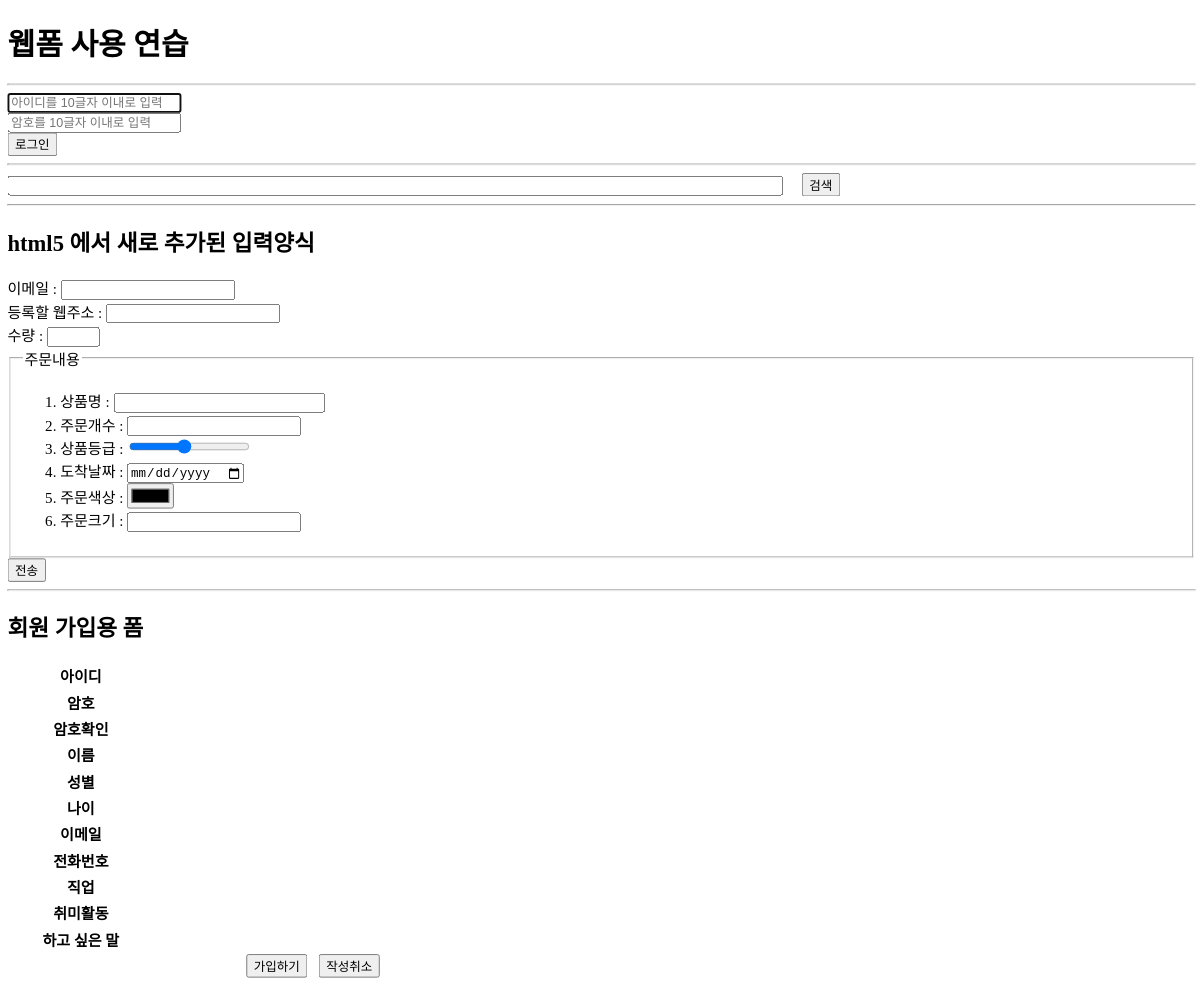
Repository: bianchi112/ict-data
Page: web_workspace/testHTMLProject2/src/main/webapp/views/test/testForm.html
These files come from the project's save history. The page is drawn as it stood at one moment and after the next save; the edit follows.
The browser window is 1280 px wide. The pictures show the whole page, at 94% of full size.

Above is the page before, as saved 2024-08-16 02:47:52.

### web_workspace/testHTMLProject2/src/main/webapp/views/test/testForm.html
<!DOCTYPE html>
<html>
<head>
<meta charset="UTF-8">
<title>testForm</title>
</head>
<body>
<header>
	<h1>웹폼 사용 연습</h1>
</header>
<hr>
<div id="login_div">
<!-- 서버로 입력값을 전송하기 위해서 사용하는 태그 : form 태그
	 값을 입력받기 위한 input(입력양식) 태그들은 반드시 form 태그안에 작성해야 함
	 속성 :
	 action="서버측의 값받을 클래스명 또는 클래스의  매핑이름"
	 method="값전송방식", GET | POST
	 	- GET : 입력값들이 전송시에 브라우저 상단 URL에 보여짐
	 		request(요청) 객체의 head 영역에 기록이 되기 때문임
	 	- POST : URL 상에 안 보여짐
	 		request 객체의 body 영역에 전송값들이 인코딩되어서 기록되기 때문임
 -->
<form action="result.html" method="get"> <!-- method 속성 생략시 기본 전송방식 get 이 사용됨 -->
<table width="250" cellspacing="0" cellpadding="0">
	<tr><td>
		<input type="text" name="userid" size="20" maxlength="10"
			placeholder="아이디를 10글자 이내로 입력" autofocus autocomplet required>
	</td></tr>
	<tr><td><input type="password" name="userpwd" size="20" maxlength="10"
		placeholder="암호를 10글자 이내로 입력" required></td></tr>
	<tr><td><input type="submit" value="로그인"></td></tr>
	<!-- form 태그 안에 submit(전송버튼)은 1개만 존재해야 함, 전송을 위해 반드시 필요함 -->
</table>
</form>
</div>
<hr>
<div id="search_div">
<form action="result.html method="get">
	<input type="search" name="keyword" size="100"> &nbsp; &nbsp; <input type="submit" value="검색">
</form>
</div>
<hr>
<div>
	<h2>html5 에서 새로 추가된 입력양식</h2>
	<form action="result.html" method ="post">
		이메일 : <input type="email" name="email"> <br>
		등록할 웹주소 : <input type="url" name="weburl"> <br>
		수량 : <input type="number" name="quantity" min="2" max="30" step="2"><br>
		<fieldset>
		<legend>주문내용</legend>
		<ol>
			<li>
				<label>상품명 :
					<input type="text" size="25" name="pname">
				</label>
			</li>
			<li>
				<label for="pamount">주문개수 : </label> <!-- for = "input의 id명", 라벨과 입력방식을 묶어줌 -->
				<input type="number" name="pamount" id="pamount">
			</li>
			<li>
				<label for="pgrade">상품등급 : </label>
				<input type="range" name="pgrade" min="1" max="10" step="2" id="pgrade">
			</li>
			<li>
				<label for="arrve_date">도착날짜 : </label>
				<input type="date" name="arrive_date">
				<!-- 날짜 지정 : 직접 입력 또는 달력에서 선택 -->
			</li>
			<li>
				<label for="pcolor">주문색상 : </label>
				<input type="color" name="pcolor" id="pcolor">
				<!-- 색상표 제공, 색 선택시 사용 -->
			</li>
			<li>
				<label for="psize">주문크기 : </label>
				<input type="text" id="psize" name="psize" list="mysize"> <!-- input 태그에  type 속성이 생략되면 기본이 type="text" 임 -->
				<!-- 텍스트필드에 리스트 선택 기능을 추가 연결할 수 있음, list="datalist의 id명" -->
				<datalist id="mysize">
					<option value="S" label="Small">
					<option value="M" label="Medium">
					<option value="L" label="Large">
				</datalist>
			</li>
		</ol>
		</fieldset>
		<input type="submit" value="전송">
	</form>
</div>
<hr>
<div id="enroll_div">
<h2>회원 가입용 폼</h2>
<form action="result.html" method="get">
<table width="650">
<tr><th width="150">아이디</th><td></td></tr>
<tr><th>암호</th><td></td></tr>
<tr><th>암호확인</th><td></td></tr>
<tr><th>이름</th><td></td></tr>
<tr><th>성별</th><td></td></tr>
<tr><th>나이</th><td></td></tr>
<tr><th>이메일</th><td></td></tr>
<tr><th>전화번호</th><td></td></tr>
<tr><th>직업</th><td></td></tr>
<tr><th>취미활동</th><td></td></tr>
<tr><th>하고 싶은 말</th><td></td></tr>
<tr><th colspan="2">
	<input type="submit" value="가입하기"> &nbsp;
	<input type="reset" value="작성취소">
</th></tr>
</table>
</form>
</div>














</body>
</html>

After the next save:
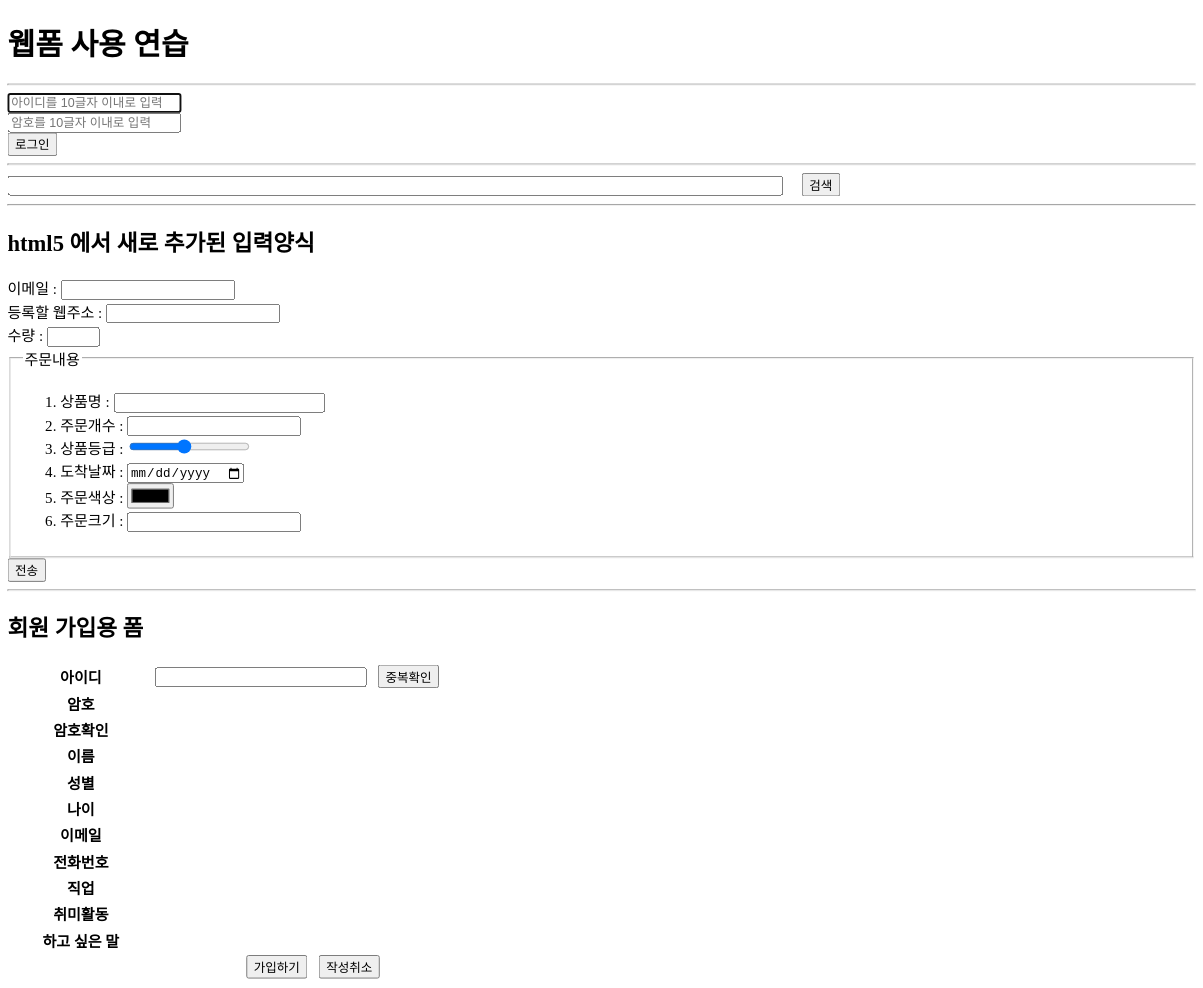
Saved 114 s later.
--- a/web_workspace/testHTMLProject2/src/main/webapp/views/test/testForm.html
+++ b/web_workspace/testHTMLProject2/src/main/webapp/views/test/testForm.html
@@ -92,7 +92,10 @@
 <h2>회원 가입용 폼</h2>
 <form action="result.html" method="get">
 <table width="650">
-<tr><th width="150">아이디</th><td></td></tr>
+<tr><th width="150">아이디</th>
+	<td><input name="userid" size="25" required> &nbsp;
+		<input type="button" value="중복확인">
+	</td></tr>
 <tr><th>암호</th><td></td></tr>
 <tr><th>암호확인</th><td></td></tr>
 <tr><th>이름</th><td></td></tr>
